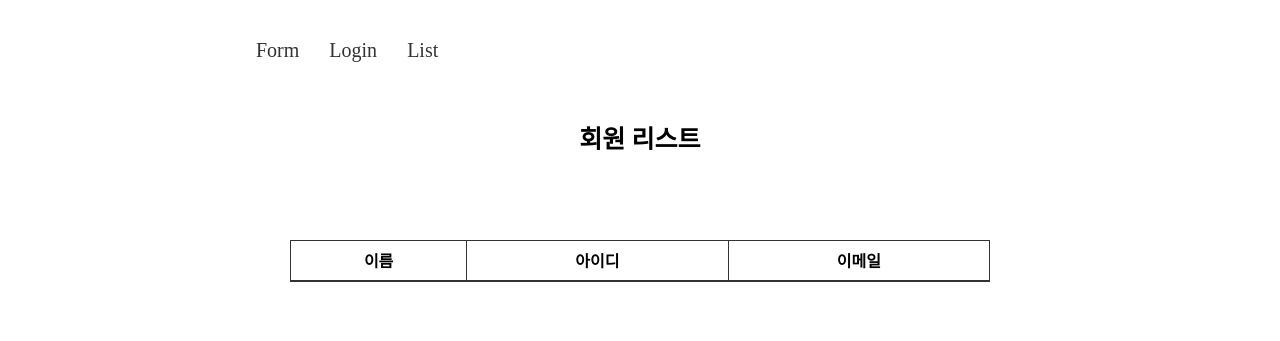
Repository: zeroj-0/eclipseProjects
Page: http://localhost/jv301/mod010/user_list.do
The author's editor kept a copy of each file at every save. The page is drawn from the files as they stood at one save, then again after the next save.
The browser window is 1280 px wide. The pictures show the whole page.
The page is served by Tomcat 9. Other server files are loaded and not shown. Queries for data that is not in the repository find no rows.

Above is the page before, as saved 2022-07-07 06:53:26.

### jv301/src/main/webapp/mod010/user_list.jsp
<%@ page language="java" contentType="text/html; charset=UTF-8" pageEncoding="UTF-8"%>
<%@ taglib prefix="c" uri="http://java.sun.com/jsp/jstl/core" %>
<!DOCTYPE html>
<html>
<head>
<meta charset="UTF-8">
<title>Insert title here</title>
<link rel="stylesheet" href="./fixmethod.css">
<link rel="stylesheet" href="./style.css">
<style>
	table {
		border: 1px solid #333;
		width: 100%;
		margin: 0 auto;
		border-collapse: collapse;
	}
	table tr {
		height: 40px;
	}
	table td {
		border: 1px solid #333;
		width: 100px;
		text-align: center;
	}
	table th {
		border: 1px solid #333;
		border-bottom: 2px solid #333;
	}
</style>
</head>
<body>
<div id="wrapper">
	<div id="header">
		<%@ include file="/incl/menu.jsp" %>
	</div>
<h3 class="title">회원 리스트</h3>
	<div class="container">
				<table>
					<tr>
						<th>이름</th><th>아이디</th><th>이메일</th>
					</tr>
					<c:forEach var="user" items="${user}">
						<tr>
							<td>
								${user.getUserName()}
							</td>
							<td>
								${user.getUserId()}
							</td>
							<td>
								${user.getEmail()}
							</td>
						</tr>
					</c:forEach>
				</table>
	</div>
</div>
</body>
</html>

### jv301/src/main/webapp/incl/menu.jsp
<%@ page language="java" contentType="text/html; charset=UTF-8"  pageEncoding="UTF-8"%>

<div class="gnb">
	<ul>
		<li><a href="add_user.jsp">Form</a></li>
		<li><a href="login">Login</a></li>
		<li><a href="user_list.do">List</a></li>
	</ul>
</div>

### jv301/src/main/java/com/varxyz/jv301/mod010/UserListServlet.java
package com.varxyz.jv301.mod010;

import java.io.IOException;
import java.util.List;

import javax.servlet.RequestDispatcher;
import javax.servlet.ServletException;
import javax.servlet.annotation.WebServlet;
import javax.servlet.http.HttpServlet;
import javax.servlet.http.HttpServletRequest;
import javax.servlet.http.HttpServletResponse;

@WebServlet("/mod010/user_list.do")
public class UserListServlet extends HttpServlet {
	private UserService userService;
	private static final long serialVersionUID = 1L;

	protected void doGet(HttpServletRequest request, HttpServletResponse response) throws ServletException, IOException {
		userService = UserService.getInstance();
		List<User> userList = userService.getAllUsers();
		request.setAttribute("user", userList);

		RequestDispatcher dispatcher = null;
		dispatcher = request.getRequestDispatcher("user_list.jsp");
		dispatcher.forward(request, response);
	}

	protected void doPost(HttpServletRequest request, HttpServletResponse response) throws ServletException, IOException {
		request.setCharacterEncoding("utf-8");

		String userId = request.getParameter("userId");

		request.setAttribute("userId", userId);

		RequestDispatcher dispatcher = null;
		dispatcher = request.getRequestDispatcher("update.jsp");
		dispatcher.forward(request, response);
	}

}

### jv301/src/main/java/com/varxyz/jv301/mod010/UserDao.java
package com.varxyz.jv301.mod010;

import java.sql.Connection;
import java.sql.PreparedStatement;
import java.sql.ResultSet;
import java.sql.SQLException;
import java.util.ArrayList;
import java.util.List;

public class UserDao {
	DataSource dataSource = null;

	public UserDao() {
		NamingService namingService = NamingService.getInstance();
		dataSource = (DataSource)namingService.getAttribute("dataSource");
	}

	public List<User> findAllUsers() {
		String sql = "SELECT * FROM User";
		List<User> userList = new ArrayList<User>();
		try {
			Connection con = null;
			PreparedStatement pstmt = null;
			ResultSet rs = null;
			try {
				con = dataSource.getConnection();
				pstmt = con.prepareStatement(sql);
				rs = pstmt.executeQuery();

				while(rs.next()) {
					User user = new User();
					user.setUserId(rs.getString("id"));
					user.setUserName(rs.getString("name"));
					user.setEmail(rs.getString("email"));
					user.setAddr(rs.getString("addr"));

					userList.add(user);
				}
			} finally {
				dataSource.close(rs, pstmt, con);
			}
		} catch (SQLException e) {
			e.printStackTrace();
		}
		return userList;
	}

	public void addUser(User user) {
		String sql = "INSERT INTO User(id,passwd,name,email,addr,ssn) VALUES (?,?,?,?,?,?)";
		try {
			Connection con = null;
			PreparedStatement pstmt = null;

			con = dataSource.getConnection();
			pstmt = con.prepareStatement(sql);

			pstmt.setString(1, user.getUserId());
			pstmt.setString(2, user.getPasswd());
			pstmt.setString(3, user.getUserName());
			pstmt.setString(4, user.getEmail());
			pstmt.setString(5, user.getAddr());
			pstmt.setString(6, user.getSsn());

			pstmt.executeUpdate();
			dataSource.close(pstmt, con);
		} catch (Exception e) {
			e.printStackTrace();
		}
	}
	public String findUserId(String userId) {
		String sql = "SELECT id FROM User WHERE id=?";
		String id = null;
		try {
			Connection con = null;
			PreparedStatement pstmt = null;
			ResultSet rs = null;
			try {
				con = dataSource.getConnection();
				pstmt = con.prepareStatement(sql);
				pstmt.setString(1, userId);

				rs = pstmt.executeQuery();

				if(rs.next()) {
					id= rs.getString("id");
				}

			} finally {
				dataSource.close(rs,pstmt, con);
			}
		} catch(Exception e) {
			e.printStackTrace();
		}
		if(id==null) {
			id="";
		}
		return id;
	}

	public String findUserPasswd(String passwd) {
		String sql = "SELECT passwd FROM User WHERE passwd=?";
		String pw = null;
		try {
			Connection con = null;
			PreparedStatement pstmt = null;
			ResultSet rs = null;
			try {
				con = dataSource.getConnection();
				pstmt = con.prepareStatement(sql);
				pstmt.setString(1, passwd);
				rs = pstmt.executeQuery();

				if(rs.next()) {
					pw= rs.getString("passwd");
				}

			} finally {
				dataSource.close(rs,pstmt, con);
			}
		} catch(Exception e) {
			e.printStackTrace();
		}
		if(pw==null) {
			pw = "";
		}
		return pw;
	}
	public User findUserByUserId(String userId) {
		String sql = "SELECT id,passwd,name,email,addr,ssn FROM User WHERE id=?";
		User user = new User();
		try  {
			Connection con = null;
			PreparedStatement pstmt = null;
			ResultSet rs = null;
			try {
				con = dataSource.getConnection();
				pstmt = con.prepareStatement(sql);
				pstmt.setString(1, userId);
				rs = pstmt.executeQuery();

				while(rs.next()) {
					user.setUserId(rs.getString("id"));
					user.setUserId(rs.getString("passwd"));
					user.setUserName(rs.getString("name"));
					user.setSsn(rs.getString("ssn"));
					user.setEmail(rs.getString("email"));
					user.setAddr(rs.getString("addr"));
					user.setSsn(rs.getString("ssn"));
				}
			} finally {
				dataSource.close(rs, pstmt, con);
			}
		} catch(Exception e) {
			e.printStackTrace();
		}
		return user;
	}
}

### jv301/src/main/webapp/mod010/fixmethod.css
@charset "UTF-8";
* { box-sizing: border-box; margin: 0; padding: 0;}
ul, li {list-style: none;}
a {text-decoration: none; color: #333;}

.gnb {
  width: 100%;
  height: 70px;
  float: left;
  padding-left: 20%;
}
ul li {
  float: left;
  height: 100%;
  margin-left: 30px;
}
ul li:first-child {
  margin-left: 0;
}

a {
  line-height: 70px;
  font-size: 20px;
}
a:hover {
  color: #000;
  font-weight: 600;
}
#header {
	height: 100px;
	width: 100%;
	text-align: center;
	font-size: 20px;
	line-height: 100px;
}
#footer {
	margin-top: 100px;
	text-align: center;
}

### jv301/src/main/webapp/mod010/style.css
@charset "UTF-8";
* { box-sizing: border-box; margin: 0; padding: 0;}
ul, li {list-style: none;}
a {text-decoration: none; color: #333;}

.container {
  padding-top: 60px;
  display: flex;
  flex-wrap: wrap;
  height: 100%;
  width: 700px;
  margin: 0 auto;
}
form {
  width: 100%;
}
h3 {
  font-size: 25px;
  width: 100%;
}
.d {
  height: 50px;
  width: 100%;
  display: flex;
  justify-content: left;
  align-items: center;
  margin-top: 10px;
}
.d > input {
  height: 35px;
  line-height: 35px;
  padding-left: 5px;

}
select {
  height: 35px;
  width: 150px;
  font-size: 15px;
}
span.email {
  margin: 0 5px;
}
.checkbox-layout {
  height: 100px;
}
.inner-box {
  margin: 0;
  display: block;
  width: 100%;
  height: 100%;
}
.inner-box h2 {
  width: 100%;
}
.box {
  display: inline-block;
  width: 18%;
  position: relative;
  overflow: hidden;
}
.box label {
  position: absolute;
  top: 14px;
  left: 20px;
}
.box input {
  height: 50px;
}
span {
  font-size: 18px;
  font-weight: 400;
  color: #333;
}
.btn {
  justify-content: center;
  width: 80px;
  height: 40px;
  margin: 0 auto;
  background: #f9f9f9;
  border-radius: 12px;
  border: 1px solid #000;
  margin-top: 20px;
}
button {
	border-style: none;
}
button.btn-inner {
  border-style: none;
  height: 40px;
  width: 75px;
  font-size:20px;
  background: none;
  cursor: pointer;
}
.address1 {
	width: 250px;
	margin-right: 10px;
}

.title {
	width: 100%;
	text-align: center;
	height: 80px;
	line-height: 80px;
}

After the next save:
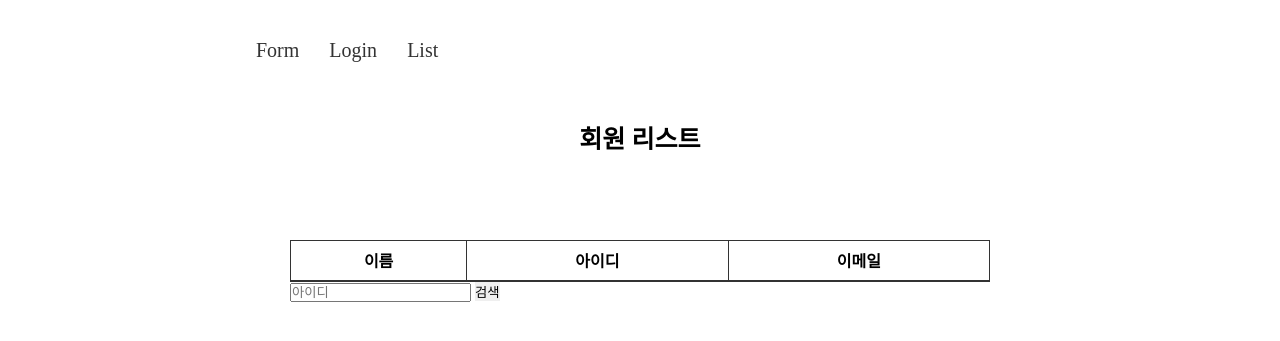
Saved 9 min 10 s later.
--- a/jv301/src/main/webapp/mod010/user_list.jsp
+++ b/jv301/src/main/webapp/mod010/user_list.jsp
@@ -53,6 +53,10 @@
 						</tr>
 					</c:forEach>
 				</table>
+				<form>
+					<input type="text" name="searchId" placeholder="아이디"/>
+					<button type="submit">검색</button>
+				</form>
 	</div>
 </div>
 </body>
